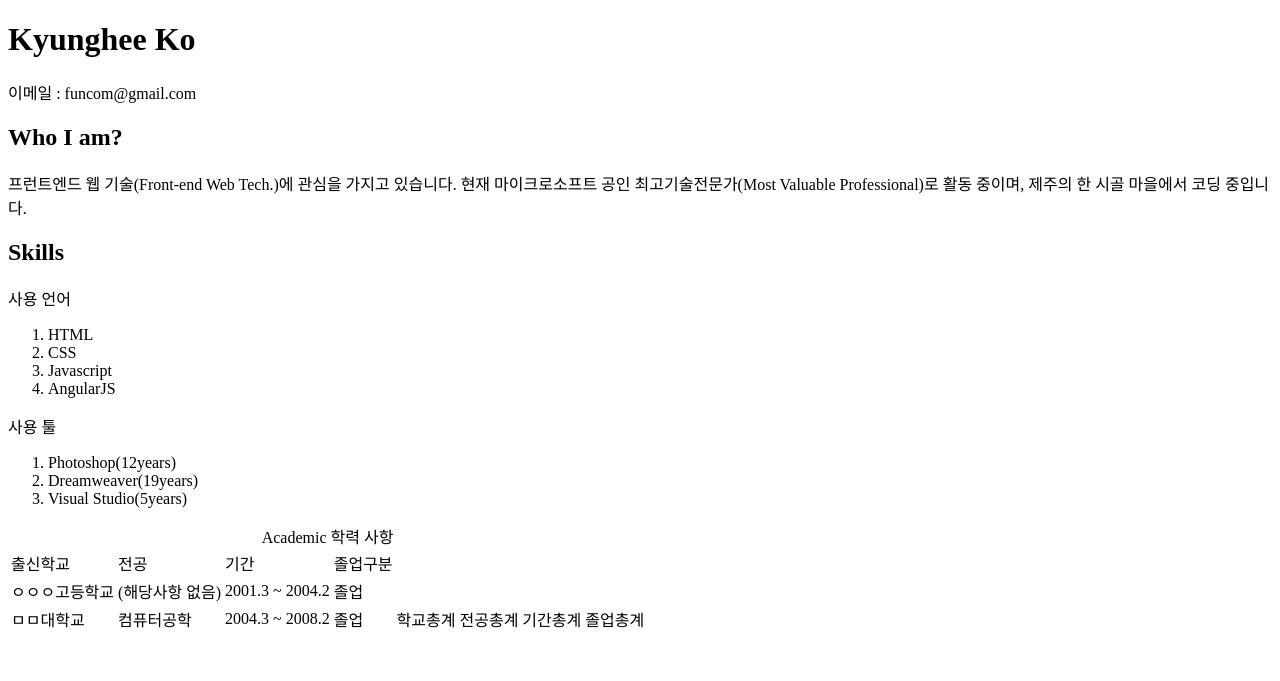
Repository: seulhwangbo/SeulJSP
Page: jspSrc17/webStandard01/src/main/webapp/02/resume.html
These files come from the project's save history. The page is drawn as it stood at one moment and after the next save; the edit follows.
The browser window is 1280 px wide. The pictures show the whole page.

Above is the page before, as saved 2024-06-13 07:39:39.

After the next save:
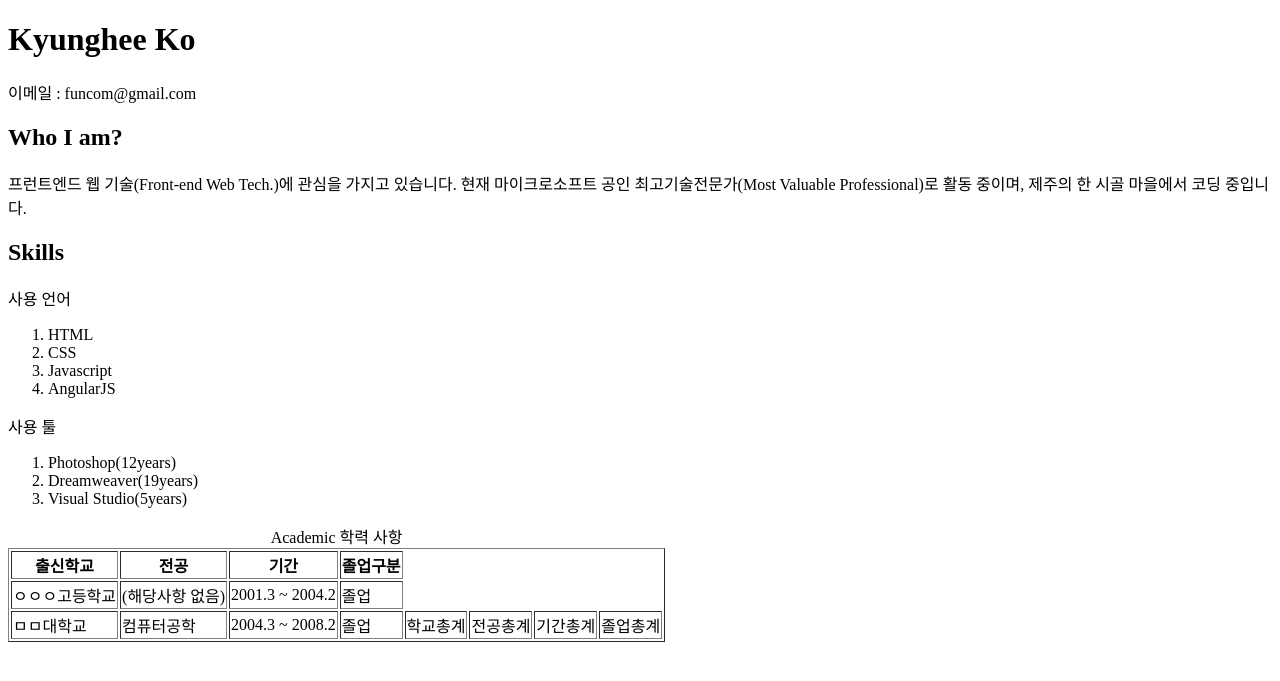
Saved 50 s later.
--- a/jspSrc17/webStandard01/src/main/webapp/02/resume.html
+++ b/jspSrc17/webStandard01/src/main/webapp/02/resume.html
@@ -27,17 +27,13 @@
 		<li>Dreamweaver(19years)</li>
 		<li>Visual Studio(5years)</li>
 	</ol>
-	<table>
+	<table border = "1">
 		<caption>Academic 학력 사항</caption>
 		<thead>
-			<td>출신학교
-			</td>
-			<td>전공
-			</td>
-			<td>기간
-			</td>
-			<td>졸업구분
-			</td>
+			<th>출신학교</th>
+			<th>전공</th>
+			<th>기간</th>
+			<th>졸업구분</th>
 		</thead>
 		<tr>
 			<td>ㅇㅇㅇ고등학교</td>
@@ -46,15 +42,15 @@
 			<td>졸업</td>
 		</tr>
 		<tfoot>
-		<tr>
-			<td>ㅁㅁ대학교</td>
-			<td>컴퓨터공학</td>
-			<td>2004.3 ~ 2008.2</td>
-			<td>졸업</td>
-			<td>학교총계</td>
-			<td>전공총계</td>
-			<td>기간총계</td>
-			<td>졸업총계</td>
+			<tr>
+				<td>ㅁㅁ대학교</td>
+				<td>컴퓨터공학</td>
+				<td>2004.3 ~ 2008.2</td>
+				<td>졸업</td>
+				<td>학교총계</td>
+				<td>전공총계</td>
+				<td>기간총계</td>
+				<td>졸업총계</td>
 		</tfoot>
 	</table>
 </body>
